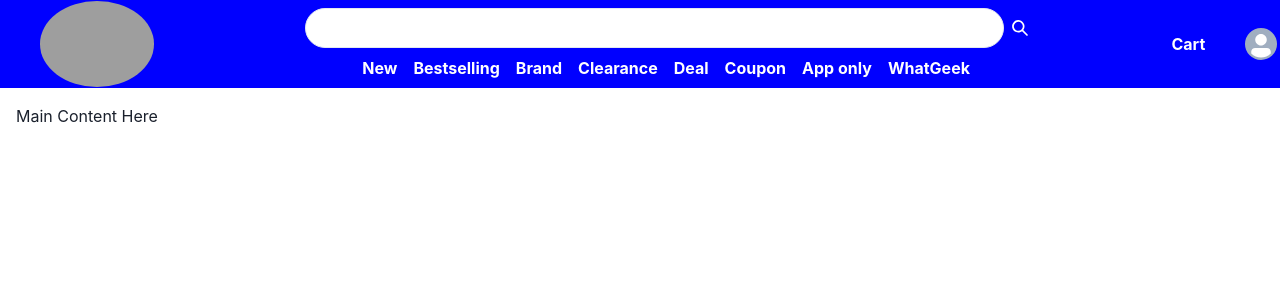
Repository: Vedprakas987/Shopee_cw24
Page: / (app in shopee_online/)
These files come from the project's save history. The page is drawn as it stood at one moment and after the next save; the edit follows.
The browser window is 1280 px wide. The pictures show the whole page.
Pictures or frames that could not be fetched are drawn as grey boxes. The page's requests for data from a server got no answer. The project was rebuilt for these pictures with package versions that can differ from the ones it lists, and the page was loaded fresh each time. No one was signed in, and anything a server would have sent is missing. Imported but missing from the stored project, and not drawn on this page: shopee_online/src/components/productcard.

Above is the page before, as saved 2022-12-16 17:47:03.

After the next save:
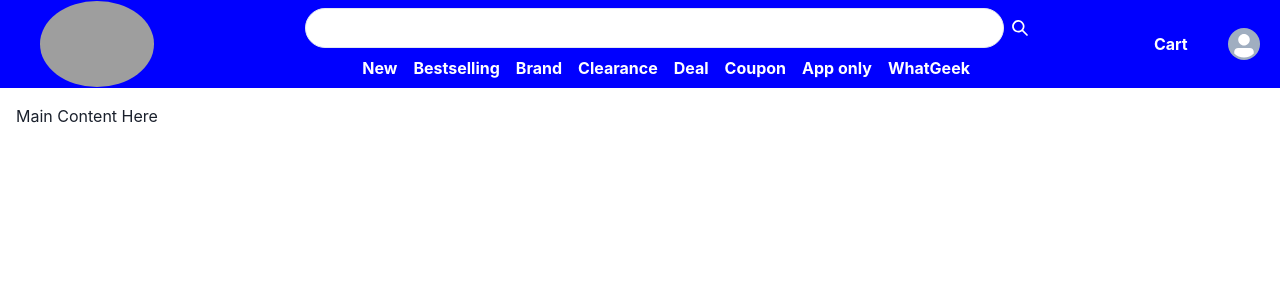
Saved 3 s later.
--- a/shopee_online/src/Routes/Navbar.jsx
+++ b/shopee_online/src/Routes/Navbar.jsx
@@ -30,7 +30,7 @@
 
   return (
     <>
-      <Box bg={useColorModeValue('blue', 'blue')} px={3}  padding={3} paddingRight="2">
+      <Box bg={useColorModeValue('blue', 'blue')} px={3}  padding={3} paddingRight="2%">
         <Flex h={16} alignItems={'center'} justifyContent={'space-between'}>
           <IconButton
             size={'md'}
